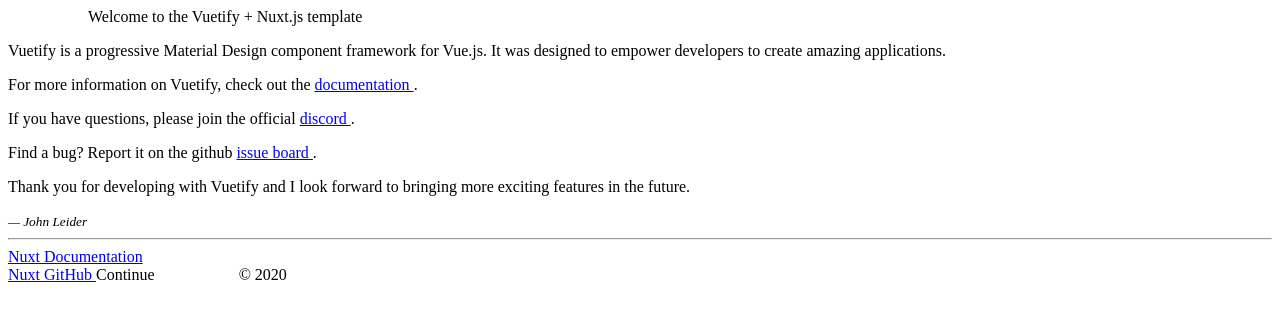
Repository: Natanhel/WhatZapp
Page: /
These files come from the project's save history. The page is drawn as it stood at one moment and after the next save; the edit follows.
The browser window is 1280 px wide. The pictures show the whole page.
The project was rebuilt for these pictures with package versions that can differ from the ones it lists, and the page was loaded fresh each time. The framework's server and built-in components were replaced by stand-ins that run in the browser. Also part of the build but not shown: layouts/error.vue.

Above is the page before, as saved 2020-04-01 15:05:06.

After the next save:
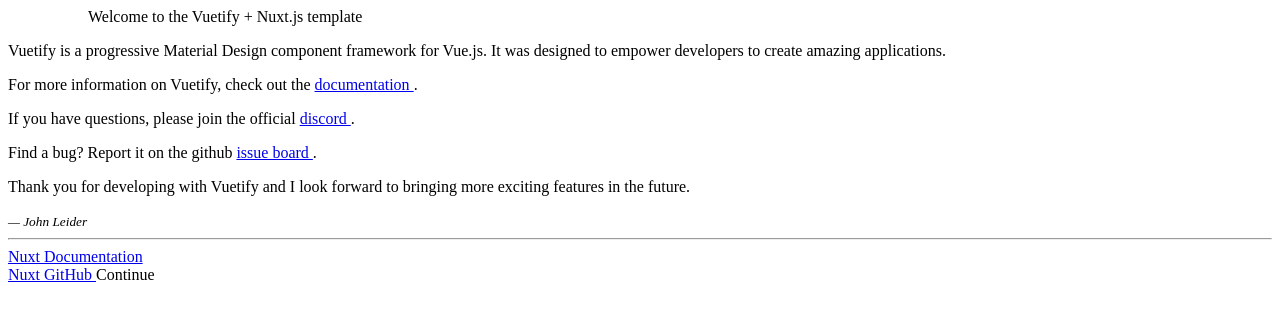
Saved 5 s later.
--- a/layouts/default.vue
+++ b/layouts/default.vue
@@ -5,12 +5,6 @@
         <nuxt />
       </v-container>
     </v-content>
-    <v-footer
-      :fixed="fixed"
-      app
-    >
-      <span>&copy; {{ new Date().getFullYear() }}</span>
-    </v-footer>
   </v-app>
 </template>
 
